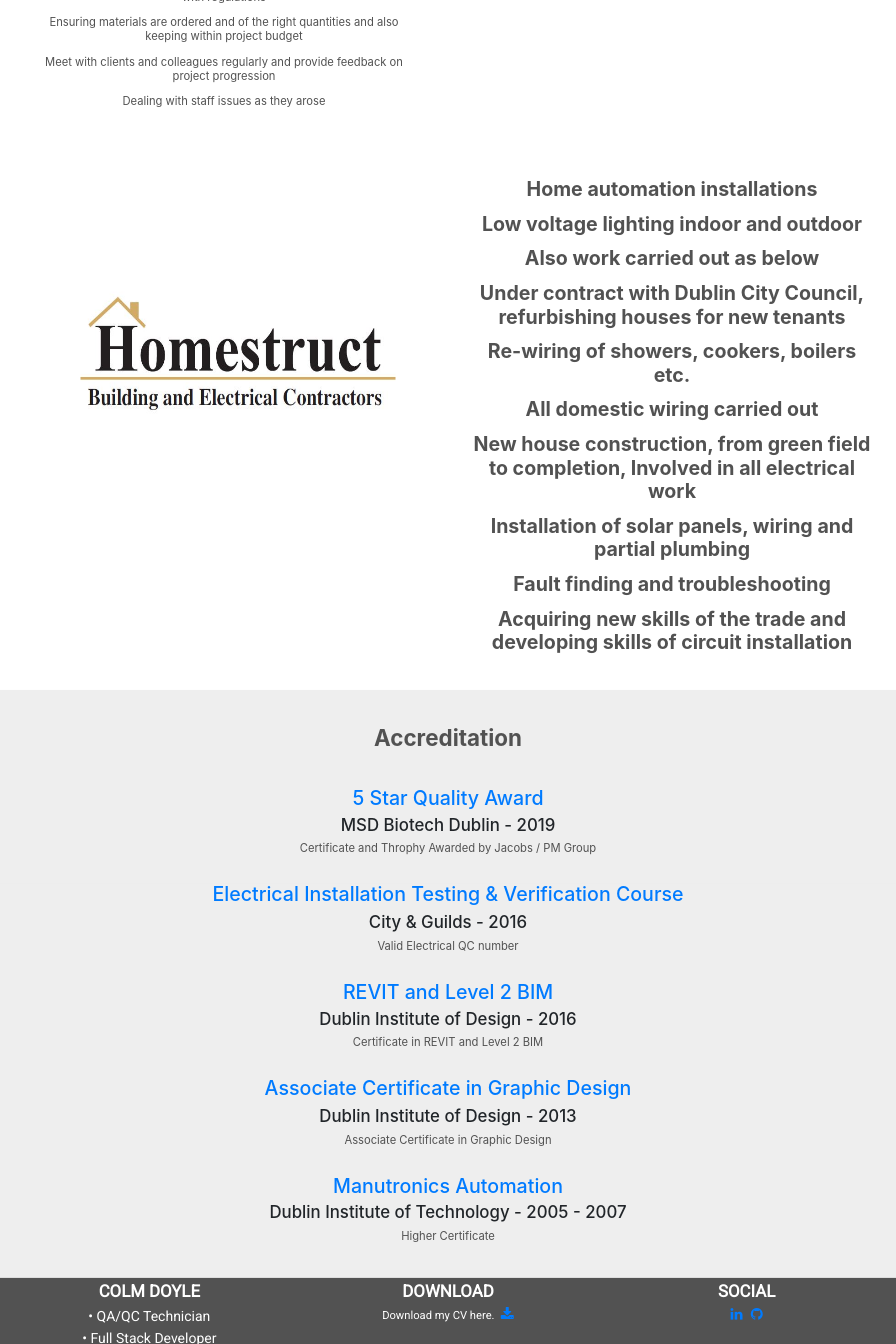
Repository: Code-Institute-Submissions/collyd21-milestone1
Page: resume.html
The author's editor kept a record of every edit. The page is drawn from the files as they stood at one moment, then again after the next edit.
The browser window is 1280 px wide. The pictures show the part of the page from y = 1812 to 3732 px (the page is 3743 px tall before and 3565 px after), at 70% of full size.

Above is the page before.

After the next edit:
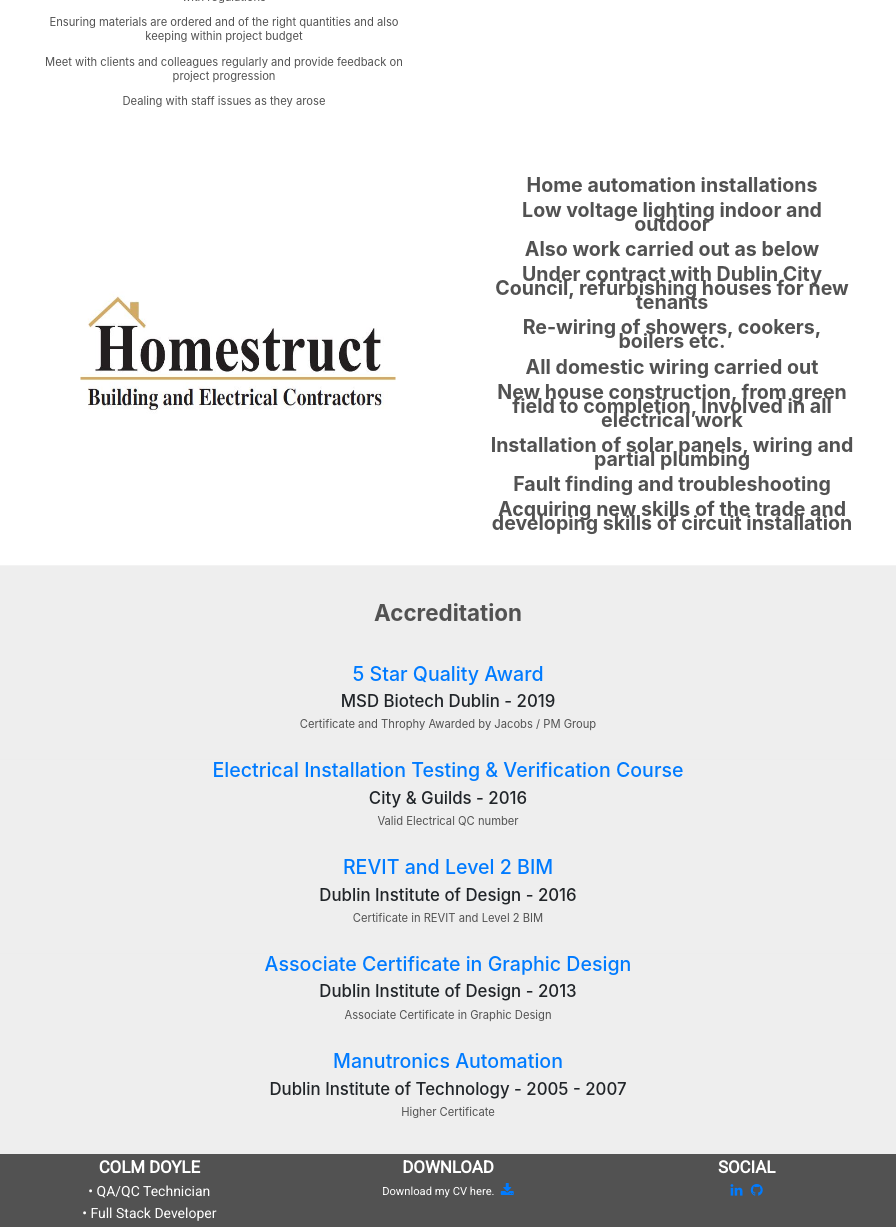
The edit:
--- a/resume.html
+++ b/resume.html
@@ -143,7 +143,7 @@
 
                             <!--***********Work 3***********-->
 
-        <section class="container-fluid work3">
+        <section class="container-fluid work">
         <div class="row">
             <aside class="d-none d-md-flex col-6">
                 <img class="hs-logo" src="./assets/images/homestructlogo.jpg" alt="Homestruct Logo" />
